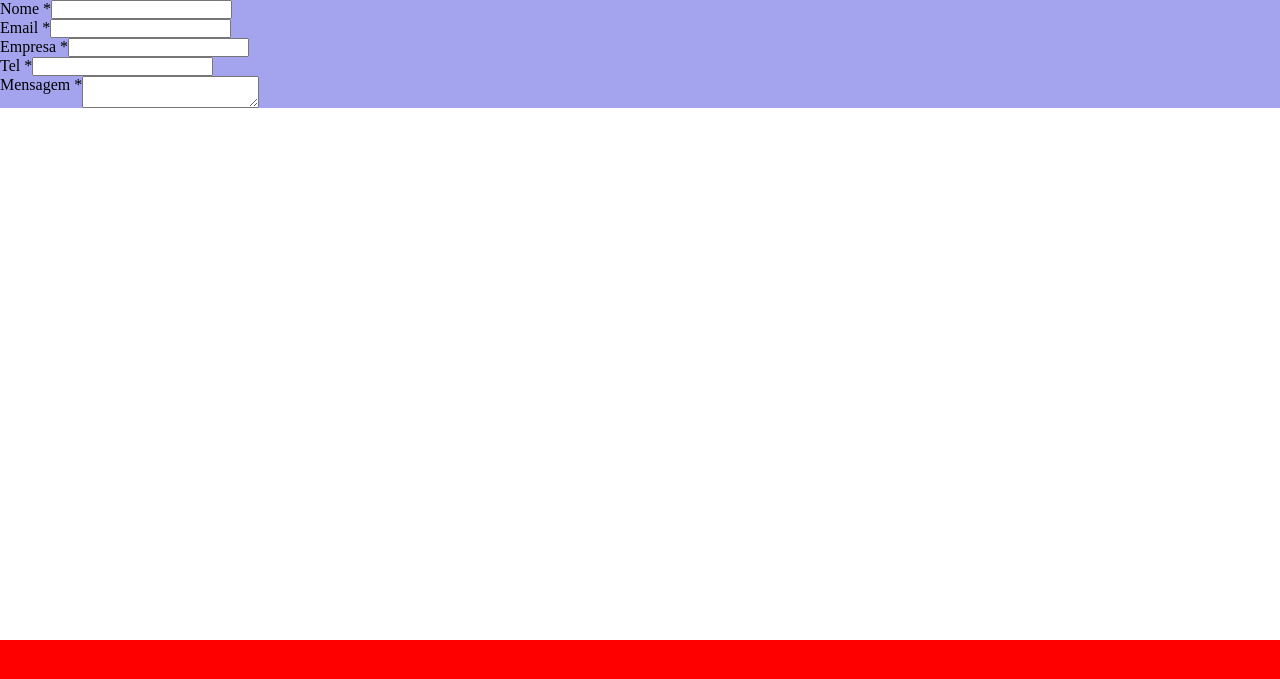
Repository: ecrseer/contatenos-html-js
Page: contatenos.html
These files come from the project's save history. The page is drawn as it stood at one moment and after a run of saves; the edit follows.
The browser window is 1280 px wide. The pictures show the whole page.

Above is the page before, as saved 2021-12-27 14:43:22.

After the next 2 saves:
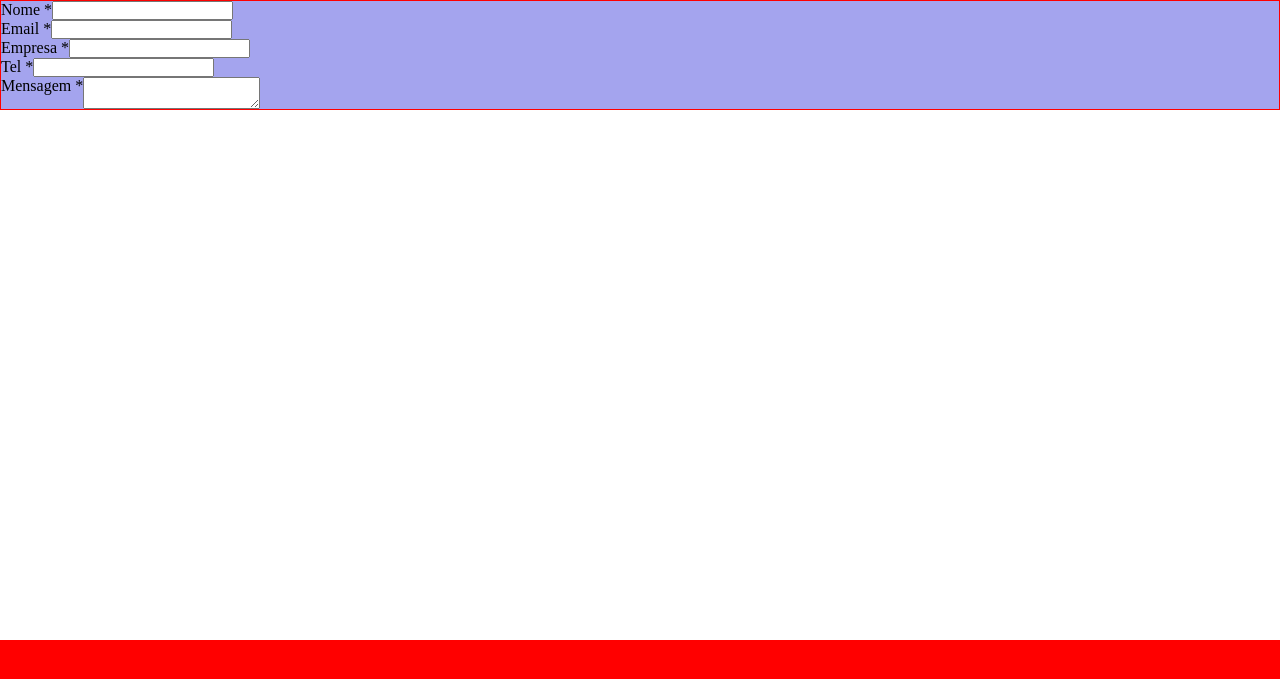
The 2 saves are shown as one change because they came seconds apart.
The last was saved 22 s later.
--- a/contatenos.css
+++ b/contatenos.css
@@ -20,9 +20,7 @@
 }
 form{    display: flex;
     /* width: 87%; */
-    border: 1
-px
- red solid;
+    border: 1px red solid;
     /* justify-content: center; */
     /* align-self: center; */
     /* justify-self: center; */
